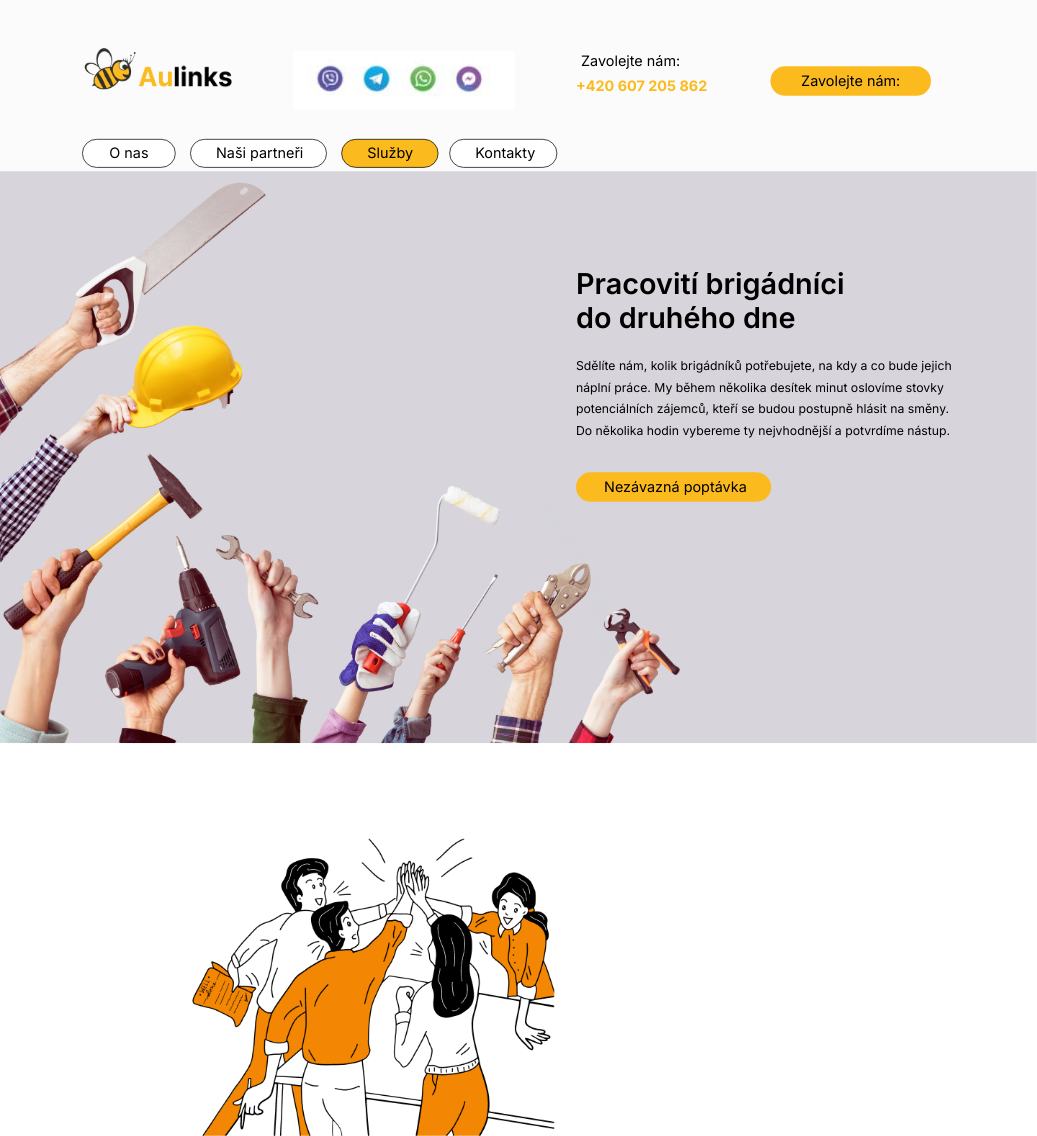
Repository: bilday08/bilday08.github.io
Page: page2.html
An editor plug-in stored every save of this project. The page is shown before and after the next save, followed by the edit.
The browser window is 1280 px wide. The page is 1440 px wide, so the pictures cover 1440 px, including what lies to the right of the window. The pictures show the whole page, at 72% of full size.

Above is the page before, as saved 2022-10-16 00:34:40.

After the next save:
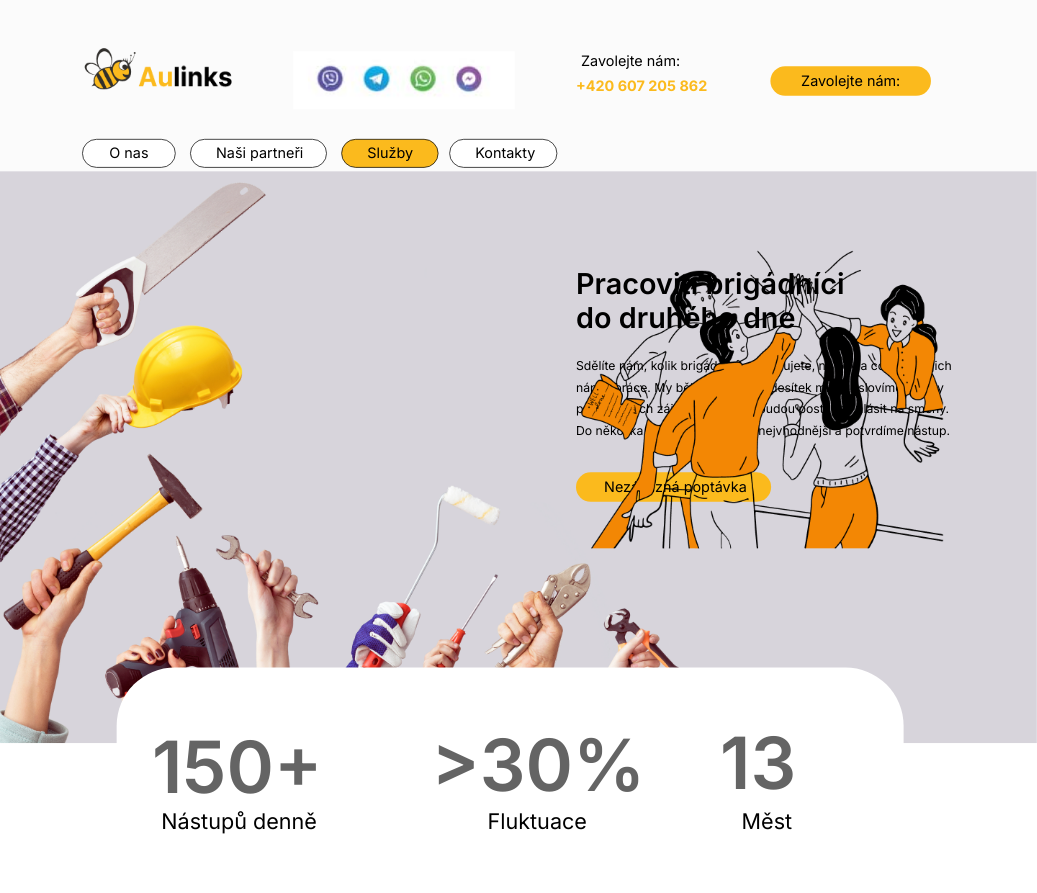
Saved 3 min 55 s later.
--- a/page2.html
+++ b/page2.html
@@ -66,6 +66,22 @@
                     <div class="container-top--center">
                         <img src="./images/page2(1).png" alt="#" class="herder-images--top_center"/>
                     </div>
+                <div class="center-button">
+                    <a href="#" class="center-button--white">
+                        <div class="center-button--first">
+                            <span class="center-button--first1">150+</span>
+                            <span class="center-button--first2">Nástupů denně</span>
+                        </div>
+                        <div class="center-button--second">
+                            <span class="center-button--second1">>30%</span>
+                            <span class="center-button--second2">Fluktuace</span>
+                        </div>
+                        <div class="center-button--third">
+                            <span class="center-button--third1">13</span>
+                            <span class="center-button--third2">Měst</span>
+                        </div>
+                    </a>
+                </div>
 <script
 src="https://cdn.jsdelivr.net/npm/@popperjs/core@2.11.6/dist/umd/popper.min.js"
 integrity="sha384-oBqDVmMz9ATKxIep9tiCxS/Z9fNfEXiDAYTujMAeBAsjFuCZSmKbSSUnQlmh/jp3"
--- a/style2.css
+++ b/style2.css
@@ -191,6 +191,80 @@
 .herder-images--top_center{
     max-width: 100%;
     height: auto;
-    margin-left: 267px;
-    margin-top: 467px;
-}
+    margin-left: 807px;
+    margin-top: -349px;
+}
+.center-button--white{
+    text-decoration: none;
+    max-width: 1093px;
+    height: 313px;
+    background-color:#FFFFFF;
+    border-radius: 81px;
+    display: block;
+    margin-top: 165px;
+    margin-left: 162px;
+    margin-right: 185px;
+    padding-top: 78px;
+}
+.center-button--first1{
+    display: block;
+    font-weight: 600;
+    font-size: 100px;
+    line-height: 121px;
+    color: #646464;
+    margin-left: 49px;
+}
+.center-button--first2{
+    width: 240px;
+    height: 33px;
+    display: block;
+    font-weight: 400;
+    font-size: 30px;
+    line-height: 30px;
+    color: #000000;
+    margin-left: 62px;
+    margin-bottom: 78px;
+}
+.center-button--second1{
+    width: 224px;
+    height: 124px;
+    font-style: normal;
+    font-weight: 600;
+    font-size: 100px;
+    line-height: 121px;
+    color: #646464;
+    margin-left: 437px;
+    margin-top: -235px;
+    display: block;
+}
+.center-button--second2{
+    display: block;
+    position: absolute;
+    font-style: normal;
+    font-weight: 400;
+    font-size: 30px;
+    line-height: 30px;
+    color: black;
+    margin-left: 515px;
+    margin-bottom: 78px;
+}
+.center-button--third1{
+    display: block;
+    font-weight: 600;
+    font-size: 100px;
+    line-height: 121px;
+    color: #646464;
+    margin-left: 838px;
+    margin-top: -127px;
+}
+.center-button--third2{
+    display: block;
+    position: absolute;
+    font-style: normal;
+    font-weight: 400;
+    font-size: 30px;
+    line-height: 30px;
+    color: black;
+    margin-left: 868px;
+    margin-top: 6px;
+}
